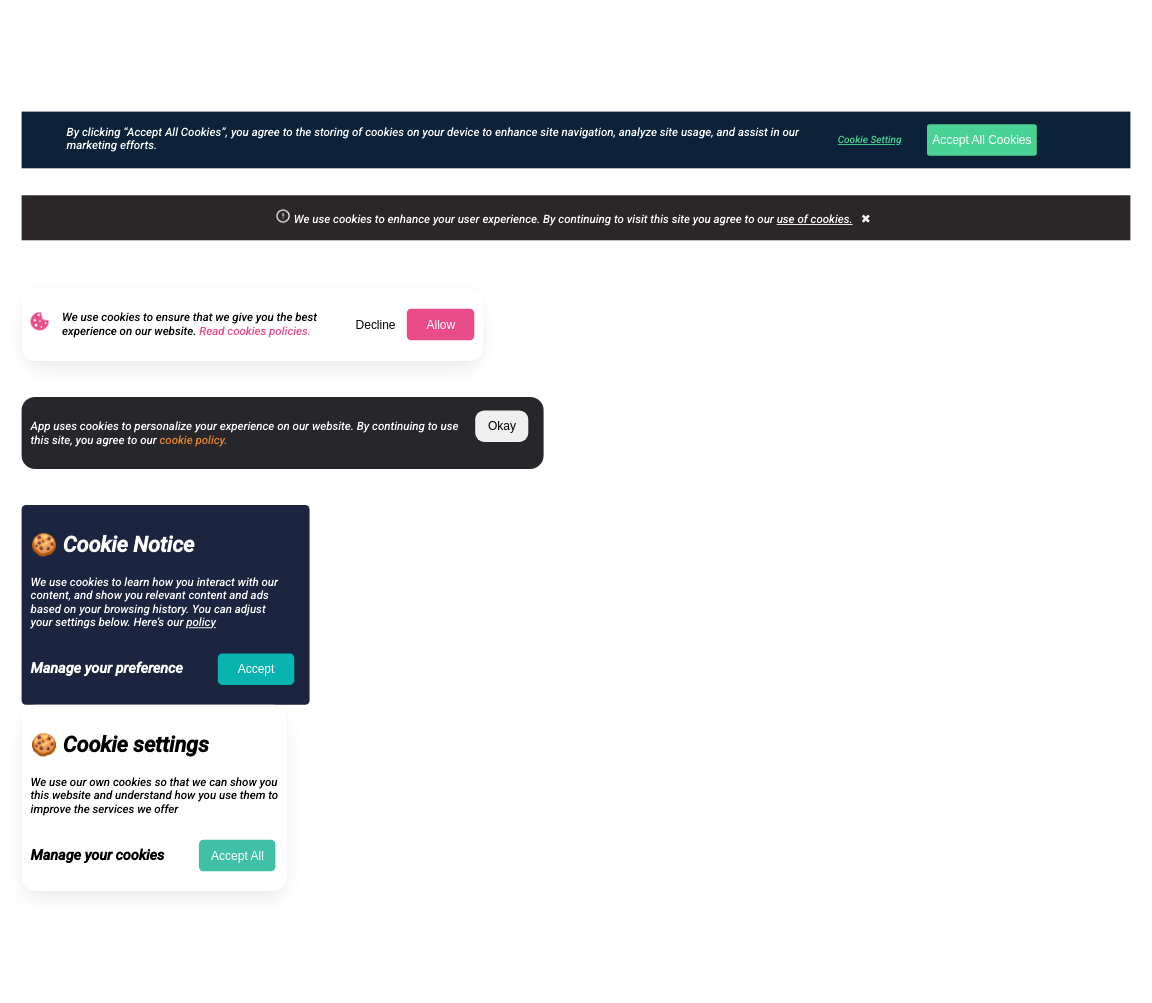
Repository: batonAnton/cursor_cookies_lectr3
Page: index.html
The author's editor kept a copy of each file at every save. The page is drawn from the files as they stood at one save, then again after the next save.
The browser window is 1280 px wide. The pictures show the whole page, at 90% of full size.

Above is the page before, as saved 2022-06-01 14:22:59.

### index.html
<!DOCTYPE html>
<html lang="en">
<head>
    <meta charset="UTF-8">
    <meta http-equiv="X-UA-Compatible" content="IE=edge">
    <meta name="viewport" content="width=device-width, initial-scale=1.0">
    <link rel="preconnect" href="https://fonts.googleapis.com">
    <link rel="preconnect" href="https://fonts.gstatic.com" crossorigin>
    <link href="https://fonts.googleapis.com/css2?family=Roboto:ital,wght@1,500&display=swap" rel="stylesheet">
    <link rel="stylesheet" href="/css/style.css">
    <title>Cookie Banner</title>
</head>
<body>
    <div class="container">
        <div class="banner_1">
            <p>By clicking “Accept All Cookies”, you agree to the storing of cookies on your device to enhance site navigation, analyze site usage, and assist in our <br> marketing efforts.</p>
            <a href="#">cookie setting</a>
            <button>accept all cookies</button>
        </div>

        <div class="banner_2">
            <p> <img src="/images/exclamation mark.png" alt="mark"> We use cookies to enhance your user experience. By continuing to visit this site you agree to our <span class="under_span">use of cookies.</span>
                <button><span>&#10006</span></button>
            </div></p>
        </div>

        <div class="banner_3">
            <img src="/images/pink_cookies.png" alt="img cookies">
            <p>We use cookies to ensure that we give you the best <br> experience on our website. <a href="#">Read cookies policies.</a> </p>
            <button class="false_btn">decline</button>
            <button class="true_btn">allow</button>
        </div>

        <div class="banner_4">
            <p>App uses cookies to personalize your experience on our website. By continuing to use <br> this site, you agree to our  <a href="#">cookie policy.</a></p>
            <button>okay</button>
        </div>

        <div class="banner_5">
            <h2>🍪 Cookie Notice</h2>
            <p>We use cookies to learn how you interact with our <br> content, and show you relevant content and ads <br> based on your browsing history. You can adjust <br> your settings below. Here’s our <a href="#">policy</a></p>
            <h4>Manage your preference </h4>
            <button>accept</button>
        </div>

        <div class="banner_6">
            <h2>🍪 Cookie settings</h2>
            <p>We use our own cookies so that we can show you <br> this website and understand how you use them to <br> improve the services we offer</p>
            <h4>Manage your cookies </h4>
            <button>accept all</button>
        </div>
    </div>
</body>
</html>

### css/style.css
body {
  margin: 124px 24px;
  font-family: "Roboto", sans-serif;
}
p {
  font-size: 0.8rem;
}

.banner_1 {
  width: 100%;
  display: inline-flex;
  background-color: #0b2239;
}

.banner_1 p {
  color: #ffffff;
  margin: 15px 15px 15px 50px;
}

.banner_1 a {
  color: #4ad295;
  margin: 25px 28px;
  font-size: 0.7rem;
  text-transform: capitalize;
}

.banner_1 button {
  color: #ffffff;
  background-color: #4ad295;
  margin: 14px 50px 0px 0px;
  height: 35px;
  text-transform: capitalize;
  border-radius: 3px;
  border: none;
  cursor: pointer;
}

.banner_2 {
  width: 100%;
  margin-top: 30px;
  background-color: #2b2627;
  display: inline-flex;
}

.banner_2 p {
  color: #ffffff;
  margin: 15px auto;
}

.banner_2 button {
  border: none;
  color: #ffffff;
  background-color: #2b2627;
}

.under_span {
  text-decoration: underline;
}

.banner_3 {
  display: inline-flex;
  margin-top: 40px;
  margin-bottom: 40px;
  border-radius: 15px;
  padding: 10px;
  background: #ffffff;
  box-shadow: 0px 12px 24px -6px rgba(96, 96, 96, 0.15),
    0px 0px 1px rgba(96, 96, 96, 0.1);
}

.banner_3 p {
  margin: 15px;
}

.banner_3 img {
  height: 20px;
  margin-top: 17px;
}

.banner_3 a {
  color: #ea4c89;
  text-decoration: none;
}

.false_btn {
  background-color: white;
  border: none;
  text-transform: capitalize;
  margin: 13px 0 13px 15px;
  height: 35px;
  width: 70px;
  cursor: pointer;
}

.true_btn {
  background-color: #ea4c89;
  border: none;
  border-radius: 5px;
  text-transform: capitalize;
  margin: 13px 0 13px 0px;
  height: 35px;
  width: 75px;
  color: #ffffff;
  cursor: pointer;
}

.banner_4 {
  background-color: #26262b;
  color: #ffffff;
  border-radius: 15px;
  padding: 10px;
  display: block;
  width: 560px;
  margin-bottom: 40px;
}

.banner_4 p {
  margin: 15px auto;
  display: inline-flex;
}

.banner_4 a {
  display: contents;
  color: #e6842e;
}

.banner_4 button {
  margin-left: 15px;
  border-radius: 10px;
  width: 59px;
  height: 35px;
  text-transform: capitalize;
  border: none;
}

.banner_5 {
  width: 300px;
  background-color: #1c2540;
  color: #ffffff;
  padding: 10px;
  border-radius: 5px;
}

.banner_5 a {
  color: #ffffff;
}

h4 {
  display: inline-flex;
}

.banner_5 button {
  background-color: #09b3af;
  border-radius: 5px;
  border: none;
  margin-left: 35px;
  text-transform: capitalize;
  height: 35px;
  width: 85px;
  color: #ffffff;
}

.banner_6 {
  border-radius: 15px;
  padding: 10px;
  background: #ffffff;
  box-shadow: 0px 12px 24px -6px rgba(96, 96, 96, 0.15),
    0px 0px 1px rgba(96, 96, 96, 0.1);
  display: inline-block;
}

.banner_6 button{
    background-color: #40C1A7;
  border-radius: 5px;
  border: none;
  margin-left: 35px;
  text-transform: capitalize;
  height: 35px;
  width: 85px;
  color: #ffffff;
}

After the next save:
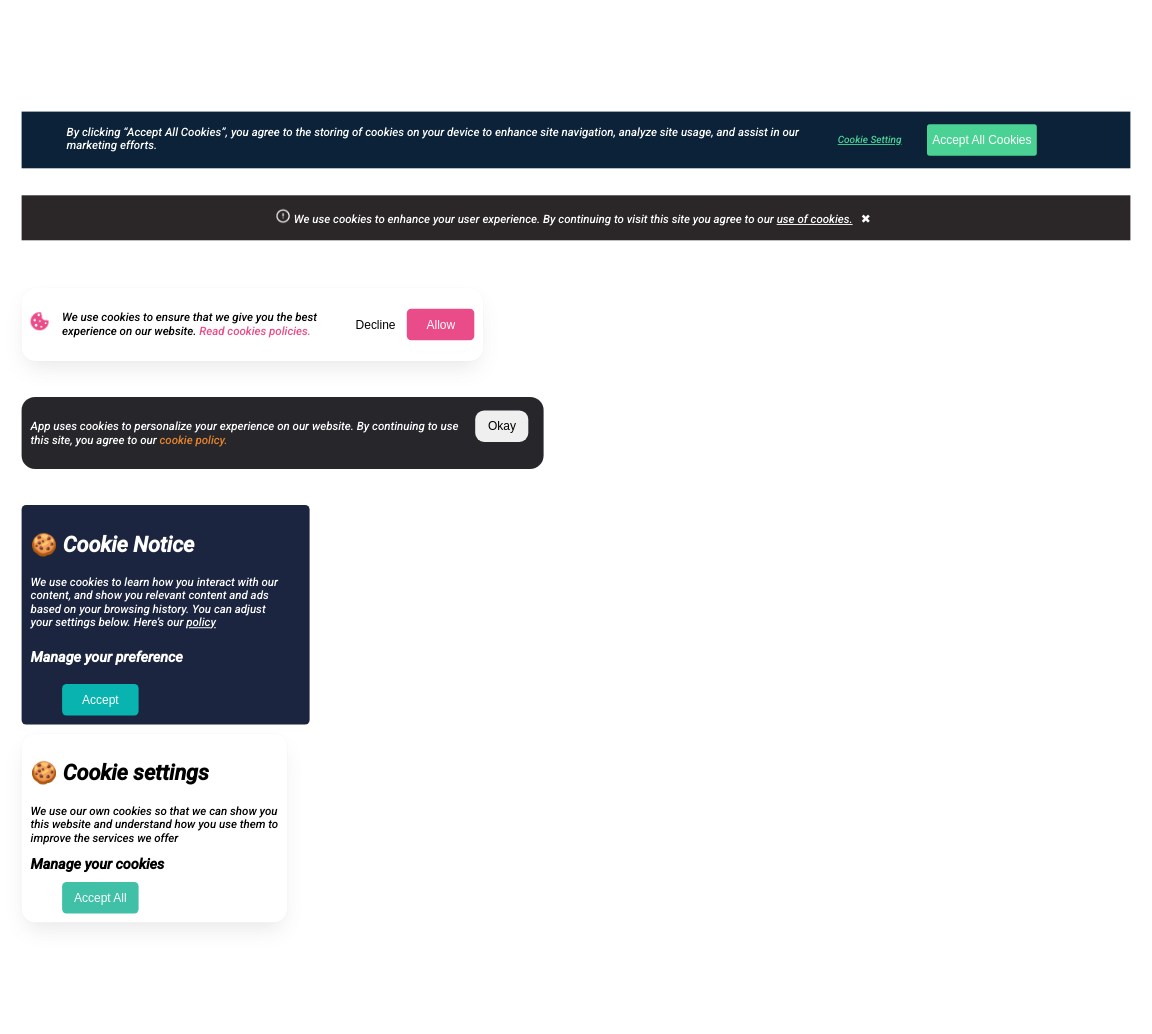
Saved 5 min 57 s later.
--- a/css/style.css
+++ b/css/style.css
@@ -133,6 +133,11 @@ p {
   border: none;
 }
 
+.banner_5,
+.banner_6 h4 {
+  margin: 10px 0px;
+}
+
 .banner_5 {
   width: 300px;
   background-color: #1c2540;
@@ -145,7 +150,7 @@ p {
   color: #ffffff;
 }
 
-h4 {
+h5 {
   display: inline-flex;
 }
 
@@ -169,8 +174,8 @@ h4 {
   display: inline-block;
 }
 
-.banner_6 button{
-    background-color: #40C1A7;
+.banner_6 button {
+  background-color: #40c1a7;
   border-radius: 5px;
   border: none;
   margin-left: 35px;
@@ -179,3 +184,7 @@ h4 {
   width: 85px;
   color: #ffffff;
 }
+
+.banner_6 h5 {
+  color: #687f8c;
+}
